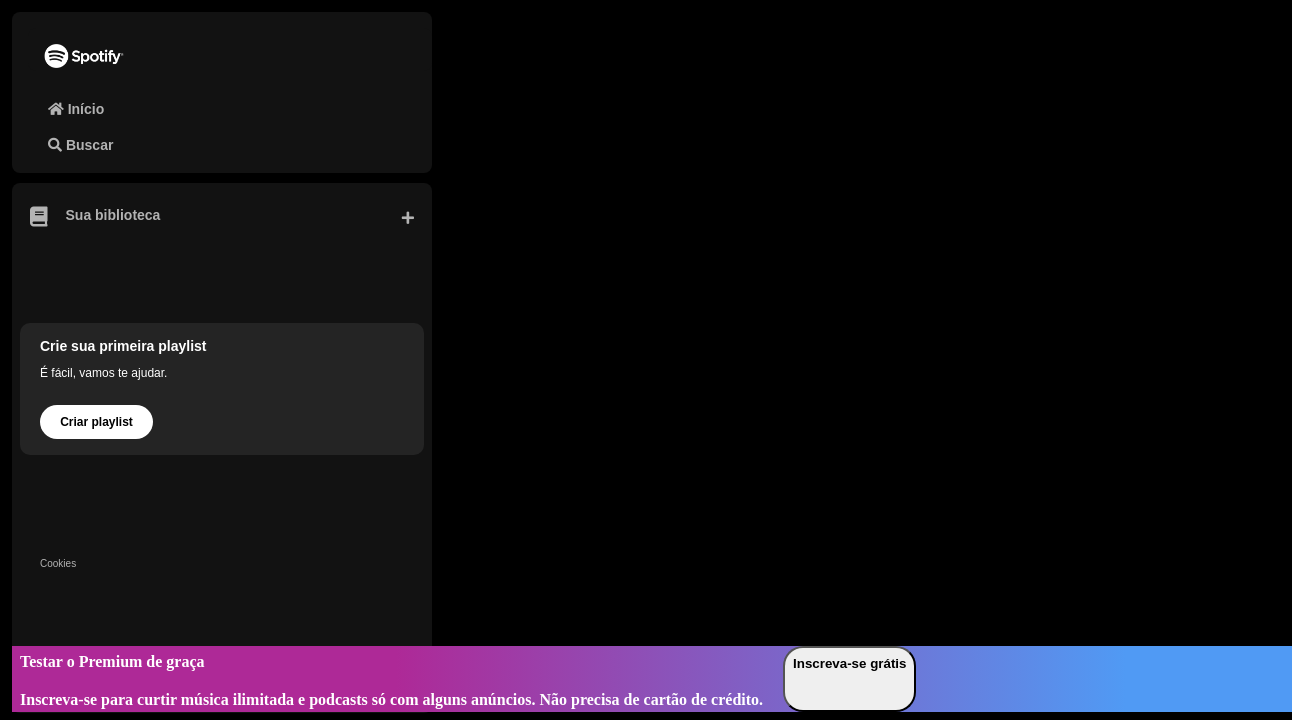
Repository: humbertobrasileiro/spotify
Page: index.html
These files come from the project's save history. The page is drawn as it stood at one moment and after the next save; the edit follows.
The browser window is 1280 px wide. The page is 1292 px wide, so the pictures cover 1292 px, including what lies to the right of the window. The pictures show the whole page.

Above is the page before, as saved 2024-01-23 15:49:45.

### index.html
<!DOCTYPE html>
<html lang="pt-BR">

<head>
  <meta charset="UTF-8">
  <meta name="viewport" content="width=device-width, initial-scale=1.0">
  <title>Spotify - Imersão</title>
  <link rel="stylesheet" href="reset.css">
  <link rel="stylesheet" href="styles.css">
  <link rel="stylesheet" href="https://use.fontawesome.com/releases/v5.15.4/css/solid.css" integrity="sha384-Tv5i09RULyHKMwX0E8wJUqSOaXlyu3SQxORObAI08iUwIalMmN5L6AvlPX2LMoSE" crossorigin="anonymous" />
  <link rel="stylesheet" href="https://use.fontawesome.com/releases/v5.15.4/css/fontawesome.css" integrity="sha384-jLKHWM3JRmfMU0A5x5AkjWkw/EYfGUAGagvnfryNV3F9VqM98XiIH7VBGVoxVSc7" crossorigin="anonymous" />
</head>

<body>
  <div class="sidebar">
    <nav class="sidebar__navigation">
      <div class="logo">
        <a href="">
          <img src="./assets/icons/logo-spotify.png" alt="logo do spotify">
        </a>
      </div>
      <ul>
        <li>
          <a href="">
            <span class="fa fa-home"></span>
            <span>Início</span>
          </a>
        </li>
        <li>
          <a href="">
            <span class="fa fa-search"></span>
            <span>Buscar</span>
          </a>
        </li>
      </ul>
    </nav>

    <div class="library">
      <div class="library__content">
        <button class="library__button">
          <span class="fa fa-book"></span>
          <span>Sua biblioteca</span>
        </button>
        <span class="fa fa-plus"></span>
      </div>

      <section class="section-playlist">
        <div class="section-playlist__content">
          <span class="text title">Crie sua primeira playlist</span>
          <span class="text subtitle">É fácil, vamos te ajudar.</span>
          <button class="section-playlist__button">
            <span>Criar playlist</span>
          </button>
        </div>
      </section>

        <!-- <div class="podcast">
          <span>Que tal seguir um podcast novo?</span>
          <h4>Avisaremos você sobre novos episódios.</h4>
          <button>Explore podcasts</button>
        </div> -->

      <div class="cookies">
        <a href="#">Cookies</a>
      </div>

      <div class="languages">
        <button class="languages__button">
          <span class="fa fa-globe"></span>
          <span>Português do Brasil</span>
        </button>
      </div>
    </div>

  </div>
  <footer>
    <div class="footer-text">
      <p class="text">Testar o Premium de graça</p>
      <p class="text">Inscreva-se para curtir música ilimitada e podcasts só com alguns anúncios. Não precisa de cartão de crédito.</p>
    </div>
    <button class="footer-button">
      <span class="button__text">Inscreva-se grátis</span>
    </button>
  </footer>
</body>

</html>

### reset.css
/* http://meyerweb.com/eric/tools/css/reset/
   v2.0 | 20110126
   License: none (public domain)
*/

html, body, div, span, applet, object, iframe,
h1, h2, h3, h4, h5, h6, p, blockquote, pre,
a, abbr, acronym, address, big, cite, code,
del, dfn, em, img, ins, kbd, q, s, samp,
small, strike, strong, sub, sup, tt, var,
b, u, i, center,
dl, dt, dd, ol, ul, li,
fieldset, form, label, legend,
table, caption, tbody, tfoot, thead, tr, th, td,
article, aside, canvas, details, embed,
figure, figcaption, footer, header, hgroup,
menu, nav, output, ruby, section, summary,
time, mark, audio, video {
  margin: 0;
  padding: 0;
  border: 0;
  font-size: 100%;
  font: inherit;
  vertical-align: baseline;
}

/* HTML5 display-role reset for older browsers */
article, aside, details, figcaption, figure,
footer, header, hgroup, menu, nav, section {
  display: block;
}

body {
  line-height: 1;
}

ol, ul {
  list-style: none;
}

blockquote, q {
  quotes: none;
}

blockquote:before, blockquote:after,
q:before, q:after {
  content: '';
  content: none;
}

table {
  border-collapse: collapse;
  border-spacing: 0;
}

### styles.css
body {
  background: #000;
}

.sidebar {
  position: fixed;
  top: 0;
  left: 0;
  bottom: 0;
  padding: 12px;
  width: 420px;
}

.sidebar__navigation {
  background-color: #121212;
  border-radius: 8px;
  padding: 16px 0 0 16px;
  color: #b3b3b3;
  font-family: "DM Sans", sans-serif;
}

.sidebar__navigation .logo {
  background: #121212;
  display: flex;
  border-radius: 8px;
  padding: 16px 0 0 16px;
}

.sidebar__navigation .logo img {
  width: 80px;
}

.sidebar nav ul {
  margin-top: 20px;
  padding: 0 20px 10px 20px;
}

.sidebar ul li {
  padding: 10px 0;
}

.sidebar nav ul li a {
  color: #b3b3b3;
  text-decoration: none;
  font-weight: 600;
  font-size: 14px;
  font-family: "DM Sans", sans-serif;
  min-height: 100%;
}

.library {
  background-color: #121212;
  border-radius: 8px;
  display: flex;
  justify-content: space-between;
  flex-direction: column;
  padding: 4px 8px;
  color: #b3b3b3;
  font-weight: 600;
  font-size: 14px;
  font-family: CircularSp, CircularSp-Arab, CircularSp-Hebr, CircularSp-Cyrl, CircularSp-Grek, CircularSp-Deva, var(--fallback-fonts, sans-serif), sans-serif;
  margin-top: 10px;
  min-height: 75%;
}

.library .library__content {
  display: flex;
  justify-content: space-between;
}

.library .library__button {
  display: flex;
  margin-right: 10px;
  color: #b3b3b3;
  background-color: transparent;
  border: 0px;
  font-size: 14px;
  font-weight: 700;
  font-family: "DM Sans", sans-serif;
  text-align: center;
  text-decoration: none;
  text-transform: none;
  padding: 20px 10px;
}

.library .library__button .fa {
  font-size: 20px;
  margin-right: 10px;
  font-weight: 300;
  padding-right: 8px;
}

.library .library__content .fa-plus {
  margin: 24px 10px;
}

.section-playlist {
  display: flex;
  align-items: flex-start;
  justify-content: space-between;
  gap: 20px;
  background-color: #242424;
  color: #fff;
  font-weight: 600;
  font-size: 14px;
  margin: 8px 0px;
  padding: 16px 20px;
  border-radius: 10px;
}

.section-playlist .section-playlist__content {
  display: flex;
  flex-direction: column;
}

.section-playlist__content .text {
  padding-bottom: 14px;
  color: #fff;
  font-family: "DM Sans", sans-serif;
}

.section-playlist__content .title {
  font-weight: 700;
}

.section-playlist__content .subtitle {
  font-weight: 500;
  font-size: 12px;
}

.section-playlist__content .section-playlist__button {
  display: flex;
  justify-content: center;
  background-color: #fff;
  color: #000;
  border-radius: 20px;
  font-size: 12px;
  font-weight: 700;
  font-family: "DM Sans", sans-serif;
  text-decoration: none;
  text-transform: none;
  padding: 10px;
  margin-top: 12px;
  border: 0px;
  width: 113px;
}

.podcast {
  margin: 10px 10px 0 0;
  background-color: #242424;
  padding: 16px 0 16px 16px;
  border-radius: 8px;
  color: #fff;
  overflow-y: auto;
}

.sidebar .cookies {
  margin: 25px 20px;
}

.sidebar .cookies a {
  color: #b3b3b3;
  font-weight: 500;
  font-size: 10px;
  text-decoration: none;
}

.sidebar .cookies a:hover {
  text-decoration: underline;
}

.languages .languages__button {
  align-items: center;
  background-color: transparent;
  border: 1px solid #878787;
  color: #fff;
  font-weight: bold;
  cursor: pointer;
  width: 170px;
  margin: 8px;
  padding: 8px;
  border-radius: 20px;
}

footer {
  display: flex;
  position: absolute;
  margin: 12px 8px 8px 12px;
  bottom: 0px;
  background: rgb(174, 41, 151);
  background: linear-gradient(90deg, rgba(174, 41, 151, 1) 30%, rgba(80, 154, 244, 1) 87%);
  width: 100%;
  height: 66px;
}

.footer-text {
  display: flex;
  flex-direction: column;
  justify-content: space-between;
}

footer .text {
  font-weight: 700;
  color: #fff;
  padding: 8px 20px 4px 8px;
}

footer .footer-button {
  display: flex;
  flex-direction: row;
  justify-content: space-between;
  margin: 0px;
  padding: 8px;
  line-height: 1.15;
  border-radius: 20px;
  color: #b3b3b3;
}

.footer-button .button__text {
  font-weight: 700;
  color: #000;
  cursor: pointer;
  text-align: center;
  text-decoration: none;
  text-transform: none;
}

After the next save:
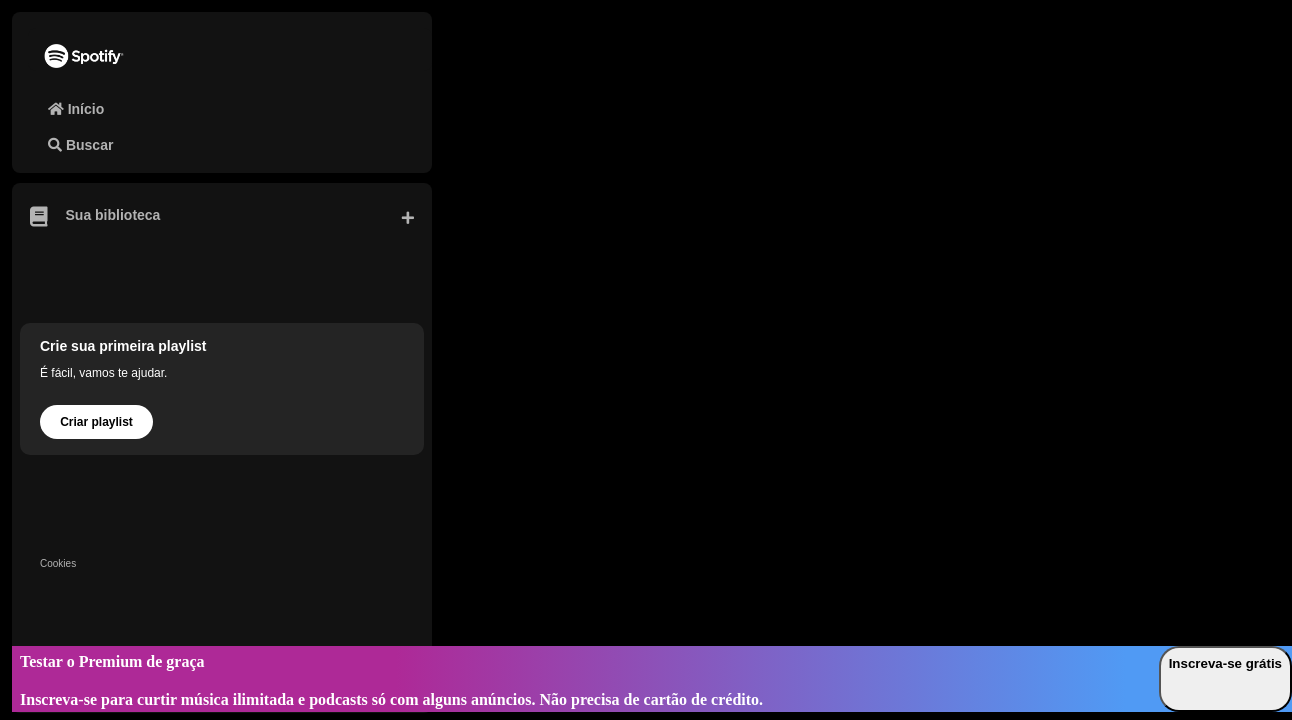
Saved 22 s later.
--- a/styles.css
+++ b/styles.css
@@ -184,6 +184,8 @@
 
 footer {
   display: flex;
+  flex-direction: row;
+  justify-content: space-between;
   position: absolute;
   margin: 12px 8px 8px 12px;
   bottom: 0px;
@@ -207,8 +209,6 @@
 
 footer .footer-button {
   display: flex;
-  flex-direction: row;
-  justify-content: space-between;
   margin: 0px;
   padding: 8px;
   line-height: 1.15;
